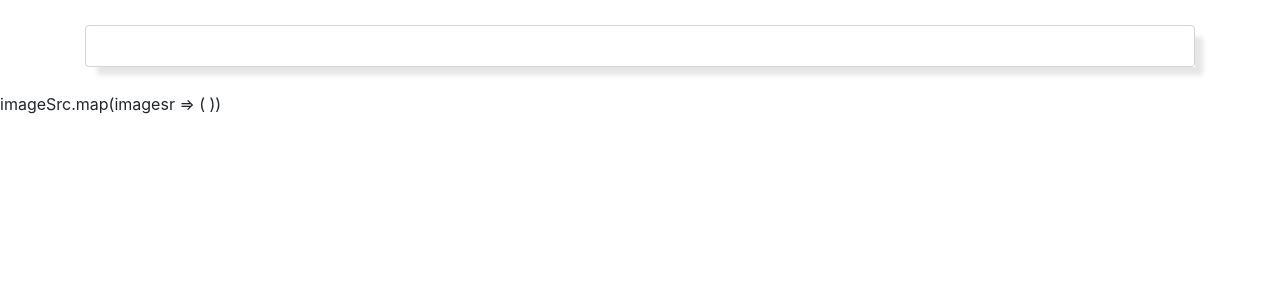
Repository: lamilekan263/photoapp
Page: /
The author's editor kept a copy of each file at every save. The page is drawn from the files as they stood at one save, then again after a run of saves.
The browser window is 1280 px wide. The pictures show the whole page.
The project was rebuilt for these pictures with package versions that can differ from the ones it lists, and the page was loaded fresh each time. Also part of the build but not shown: src/components/images/images.js.

Above is the page before, as saved 2020-08-26 11:05:39.

After the next 2 saves:
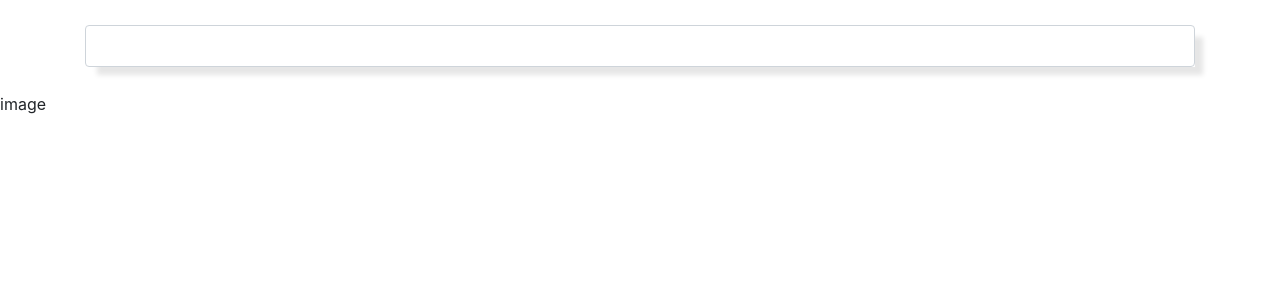
The 2 saves are shown as one change because they came seconds apart.
The last was saved 11 s later.
--- a/src/components/imageList/imageList.js
+++ b/src/components/imageList/imageList.js
@@ -5,9 +5,7 @@ const imageList = ({ imageSrc }) =>{
 
     return(
         <div>
-            imageSrc.map(imagesr => (
-
-            ))
+            image
         </div>
     )
 }
